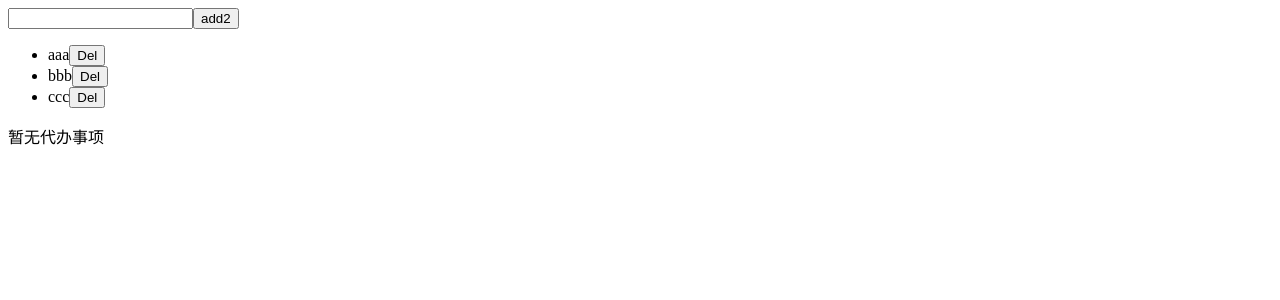
Repository: zenghao518518/React
Page: /
These files come from the project's save history. The page is drawn as it stood at one moment and after the next save; the edit follows.
The browser window is 1280 px wide. The pictures show the whole page.
The project was rebuilt for these pictures with package versions that can differ from the ones it lists, and the page was loaded fresh each time.

Above is the page before, as saved 2023-07-17 17:09:25.

### src/index.js
import React from 'react';
//import ReactDOM from 'react-dom';
import ReactDOM from 'react-dom/client'
//import './01-base/01-class组件'
//ReactDOM.render(<div>111111</div>,document.getElementById('root'))                    //);
//import App from './01-base/01-class组件'
//import App from './01-base/02-函数式组件'
//import App from './01-base/03-组件的嵌套'
//import App from './01-base/04-组件的样式'
//import App from './01-base/05-事件绑定-1'
//import App from './01-base/06-事件绑定-2'
//import App from './01-base/07-ref'
//import App from './01-base/08-state'
//import App from './01-base/09-数组渲染'
import App from './01-base/10-todolist'
//import App from './01-base/19-非受控'
//import App from './01-base/20-受控'
let root = ReactDOM.createRoot(document.getElementById('root'));
//root.render(<div>111111</div>);
root.render(<React.StrictMode><App></App></React.StrictMode>);

### src/01-base/10-todolist.js
import React, { Component } from "react";

export default class App extends Component {
  a = 100;
  myref = React.createRef();
  state ={
        //  list:["aa","bb","cc"]
        list:[{
            id:1,
            mytest:"aaa"
        },
        {
            id:2,
            mytest:"bbb"
        },
        {
            id:3,
            mytest:"ccc"
        }
    ]
  }
  render() {
    return <div>
         <input ref={this.myref}></input>
         <button onClick={this.handleClick2}>add2</button>
         <ul>
             {
                this.state.list.map((item,index)=>
                    <li key={item.id}>{item.mytest}
                        {/* <button onClick={this.handleDelClick.bind(this,index)}>Del</button> */}
                        <button onClick={()=>this.handleDelClick(index)}>Del</button>
                    </li>
                    )
             }
         </ul>
         <div>暂无代办事项</div>
    </div>;
  }
  handleClick2=()=>{
    console.log("click2",this.myref.current.value) //这里的this为代理对象undefined
    let newlist = [...this.state.list];
    newlist.push({
        id:Math.random()*1000000,
        mytest:this.myref.current.value});
    this.setState({
        list:newlist
    })

    this.myref.current.value=""

  }

  handleDelClick=(index)=>{
    console.log("del-click",index)
    let newlist =[...this.state.list];//this.state.list.slice();//concat()
    newlist.splice(index,1)
    this.setState({
      list:newlist
  })
  }
}

Loaded but not shown: public/index.html (common file)

After the next save:
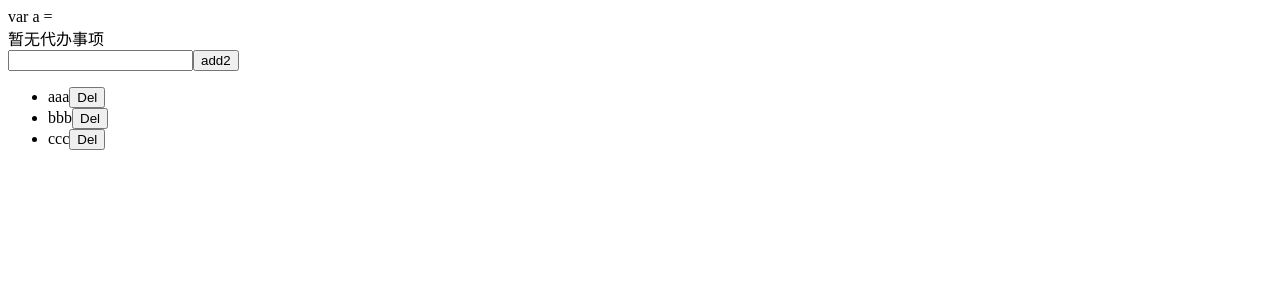
Saved 3 min 5 s later.
--- a/src/01-base/10-todolist.js
+++ b/src/01-base/10-todolist.js
@@ -21,6 +21,7 @@
   }
   render() {
     return <div>
+         var a = <div>暂无代办事项</div>
          <input ref={this.myref}></input>
          <button onClick={this.handleClick2}>add2</button>
          <ul>
@@ -33,7 +34,7 @@
                     )
              }
          </ul>
-         <div>暂无代办事项</div>
+
     </div>;
   }
   handleClick2=()=>{

After the save that followed:
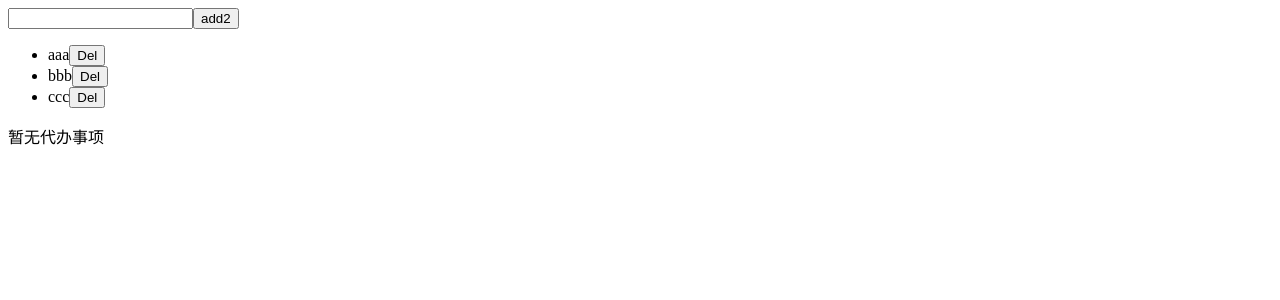
Saved 2 min 1 s later.
--- a/src/01-base/10-todolist.js
+++ b/src/01-base/10-todolist.js
@@ -21,7 +21,7 @@
   }
   render() {
     return <div>
-         var a = <div>暂无代办事项</div>
+
          <input ref={this.myref}></input>
          <button onClick={this.handleClick2}>add2</button>
          <ul>
@@ -34,7 +34,7 @@
                     )
              }
          </ul>
-
+         {1? <div>暂无代办事项</div>:null}
     </div>;
   }
   handleClick2=()=>{
